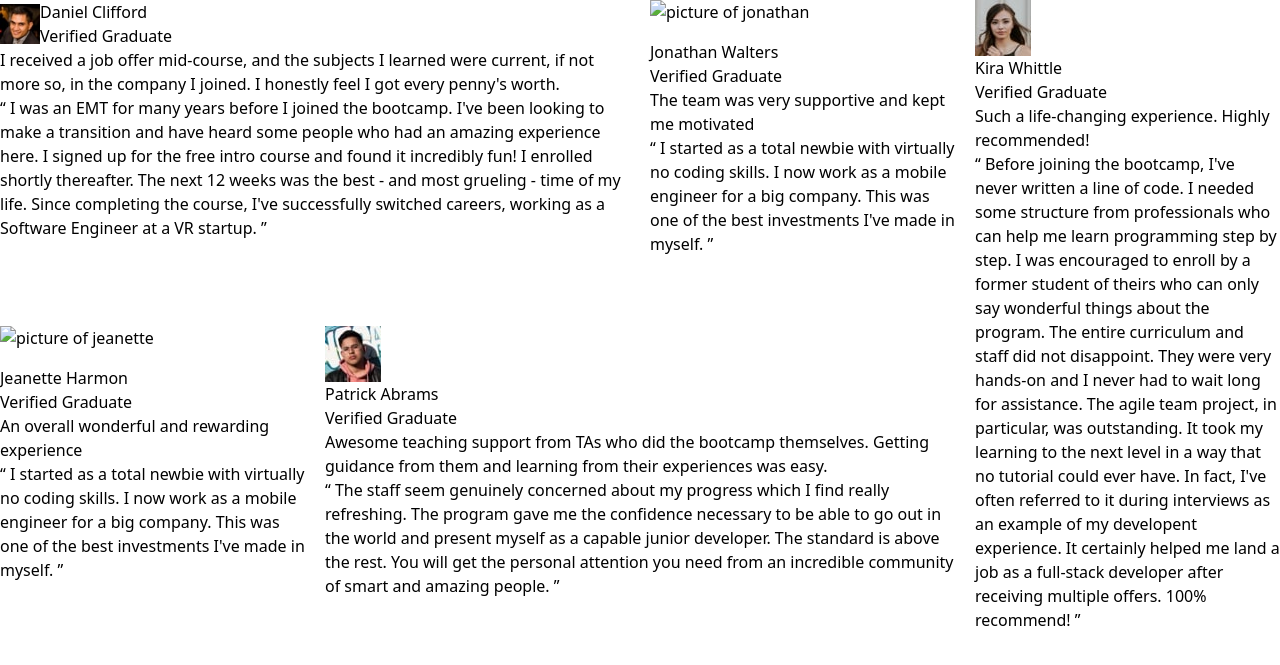
Repository: DiyBookOfLife/ps-FrontendMentor
Page: index.html
An editor plug-in stored every save of this project. The page is shown before and after the next save, followed by the edit.
The browser window is 1280 px wide. The pictures show the whole page.
Some web libraries are served in a nearby version.

Above is the page before, as saved 2026-01-02 13:29:51.

### index.html
<!DOCTYPE html>
<html lang="en">

<head>
  <meta charset="UTF-8">
  <meta name="viewport" content="width=device-width, initial-scale=1.0">
  <!-- displays site properly based on user's device -->

  <link rel="icon" type="image/png" sizes="32x32" href="./images/favicon-32x32.png">

  <title>Frontend Mentor | [Challenge Name Here]</title>

  <link rel="preconnect" href="https://fonts.googleapis.com">
  <link rel="preconnect" href="https://fonts.gstatic.com" crossorigin>
  <link href="https://fonts.googleapis.com/css2?family=Barlow+Semi+Condensed:ital,wght@0,100;0,200;0,300;0,400;0,500;0,600;0,700;0,800;0,900;1,100;1,200;1,300;1,400;1,500;1,600;1,700;1,800;1,900&display=swap" rel="stylesheet">

  <!-- <link rel="stylesheet" href="./styles.css"> -->
  <script src="https://cdn.tailwindcss.com"></script>
</head>

<body>
  <main>
    <section class="grid grid-cols-4 grid-rows-2 gap-[20px]">
      <div class="col-start-1 col-end-3">
        <div class="flex items-center">
          <img class="h-[40px]" src="./images/image-daniel.jpg" alt="picture of daniel">
          <div class="flex flex-col justify-center">
            <div>Daniel Clifford</div>
            <div>Verified Graduate</div>
          </div>
        </div>

        <p>
          I received a job offer mid-course, and the subjects I learned were current, if not more so,
          in the company I joined. I honestly feel I got every penny's worth.
        </p>

        <p>
          “ I was an EMT for many years before I joined the bootcamp. I've been looking to make a
          transition and have heard some people who had an amazing experience here. I signed up
          for the free intro course and found it incredibly fun! I enrolled shortly thereafter.
          The next 12 weeks was the best - and most grueling - time of my life. Since completing
          the course, I've successfully switched careers, working as a Software Engineer at a VR startup. ”
        </p>
      </div>

      <div class="card" id="jonathan_card">
        <div class="profile">
          <img class="h-[40px] src="./images/image-jonathan.jpg" alt="picture of jonathan">
          <div class="flex flex-col justify-center">
            <div>Jonathan Walters</div>
            <div>Verified Graduate</div>
          </div>
        </div>

        <p>
          The team was very supportive and kept me motivated
        </p>

        <p>
          “ I started as a total newbie with virtually no coding skills. I now work as a mobile engineer
          for a big company. This was one of the best investments I've made in myself. ”
        </p>
      </div>



      <div class="card" id="jeanette_card">
        <div class="profile">
          <img class="h-[40px] src="./images/image-jeanette.jpg" alt="picture of jeanette">
          <div class="flex flex-col justify-center">
            <div>Jeanette Harmon</div>
            <div>Verified Graduate</div>
          </div>
        </div>

        <p>
          An overall wonderful and rewarding experience
        </p>

        <p>
          “ I started as a total newbie with virtually no coding skills. I now work as a mobile engineer
          for a big company. This was one of the best investments I've made in myself. ”
        </p>
      </div>


      <div class="col-start-2 col-end-4">
        <div class="profile">
          <img src="./images/image-patrick.jpg" alt="picture of patrick">
          <div class="flex flex-col justify-center">
            <div>Patrick Abrams</div>
            <div>Verified Graduate</div>
          </div>
        </div>

        <p>
          Awesome teaching support from TAs who did the bootcamp themselves. Getting guidance from them and
          learning from their experiences was easy.
        </p>

        <p>
          “ The staff seem genuinely concerned about my progress which I find really refreshing. The program
          gave me the confidence necessary to be able to go out in the world and present myself as a capable
          junior developer. The standard is above the rest. You will get the personal attention you need from
          an incredible community of smart and amazing people. ”
        </p>
      </div>



      <div class="col-start-4 col-end-5 row-start-1 row-end-3">
        <div class="profile">
          <img src="./images/image-kira.jpg" alt="picture of kira">
          <div>
            <div>Kira Whittle</div>
            <div>Verified Graduate</div>
          </div>
        </div>

        <p>
          Such a life-changing experience. Highly recommended!
        </p>

        <p>
          “ Before joining the bootcamp, I've never written a line of code. I needed some structure from
          professionals who can help me learn programming step by step. I was encouraged to enroll by a former
          student of theirs who can only say wonderful things about the program. The entire curriculum and staff
          did not disappoint. They were very hands-on and I never had to wait long for assistance. The agile team
          project, in particular, was outstanding. It took my learning to the next level in a way that no tutorial
          could ever have. In fact, I've often referred to it during interviews as an example of my developent
          experience. It certainly helped me land a job as a full-stack developer after receiving multiple offers.
          100% recommend! ”
        </p>
      </div>

    </section>
  </main>
</body>

</html>

After the next save:
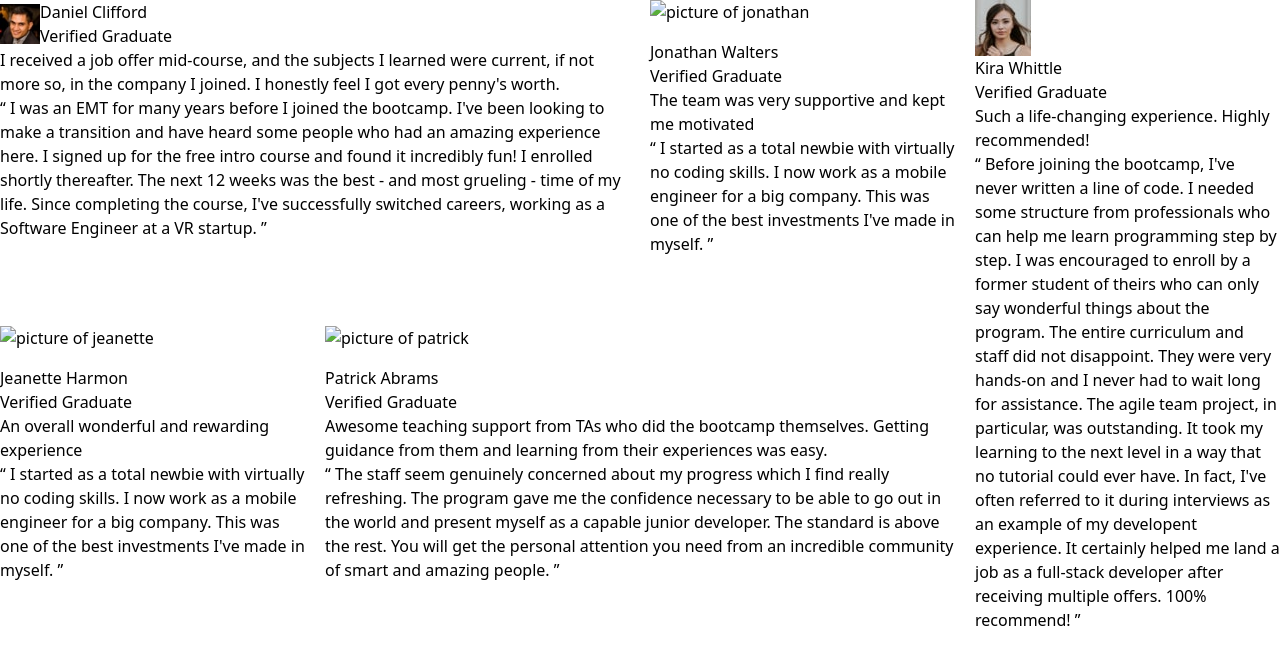
Saved 11 s later.
--- a/index.html
+++ b/index.html
@@ -87,7 +87,7 @@
 
       <div class="col-start-2 col-end-4">
         <div class="profile">
-          <img src="./images/image-patrick.jpg" alt="picture of patrick">
+          <img class="h-[40px] src="./images/image-patrick.jpg" alt="picture of patrick">
           <div class="flex flex-col justify-center">
             <div>Patrick Abrams</div>
             <div>Verified Graduate</div>
